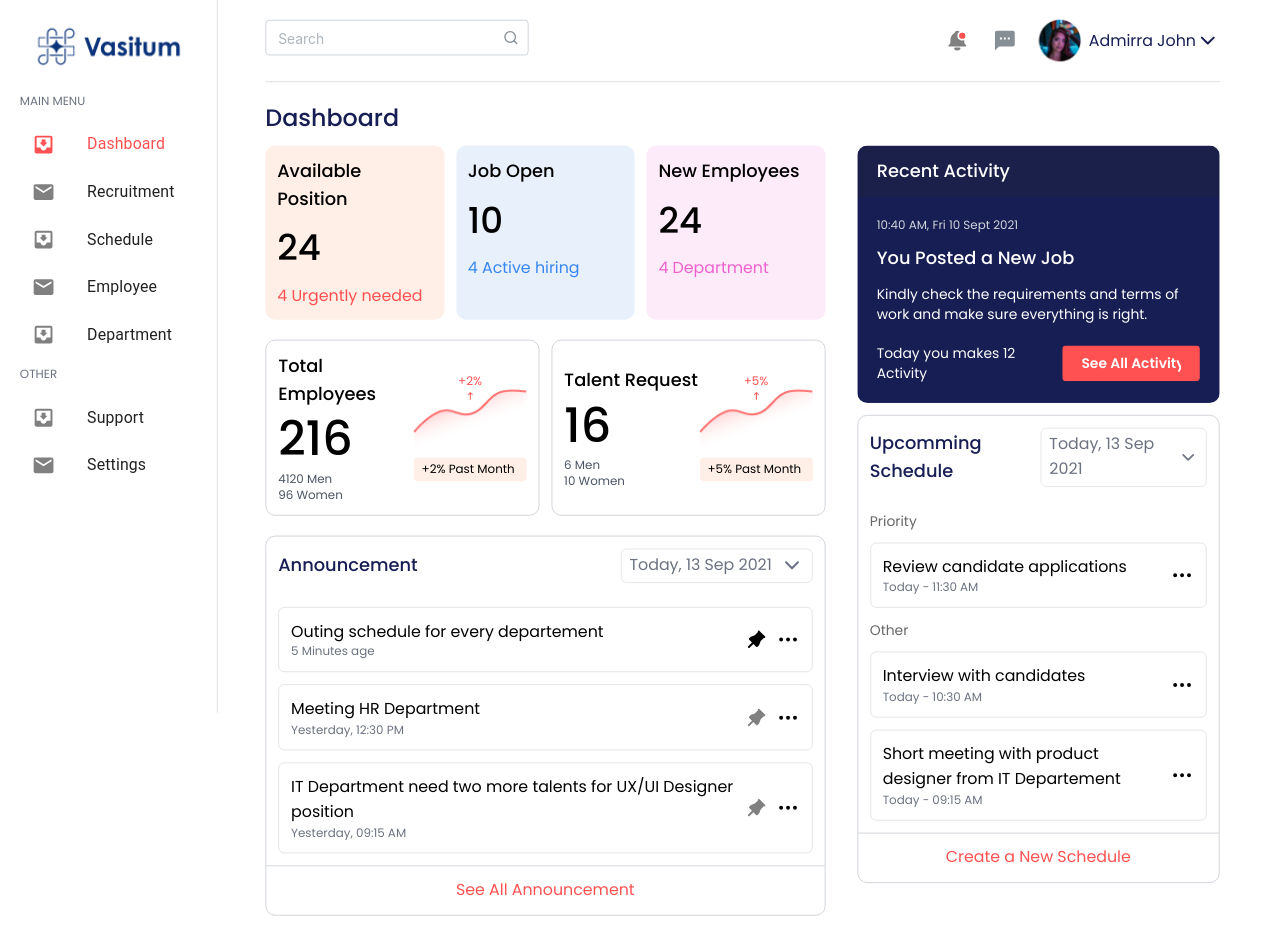
Repository: SatyaDewangan05/sample-dashboard
Page: /
The author's editor kept a copy of each file at every save. The page is drawn from the files as they stood at one save, then again after the next save.
The browser window is 1280 px wide. The pictures show the whole page, at 99% of full size.
The project was rebuilt for these pictures with package versions that can differ from the ones it lists, and the page was loaded fresh each time. The framework's server and built-in components were replaced by stand-ins that run in the browser. Also part of the build but not shown: next.config.mjs.

Above is the page before, as saved 2024-09-22 09:27:42.

### src/app/layout.js
import localFont from "next/font/local";
import "./globals.css";
import { MantineProvider } from "@mantine/core";
import "@mantine/core/styles.css";

const geistSans = localFont({
  src: "./fonts/GeistVF.woff",
  variable: "--font-geist-sans",
  weight: "100 900",
});
const geistMono = localFont({
  src: "./fonts/GeistMonoVF.woff",
  variable: "--font-geist-mono",
  weight: "100 900",
});

import { Poppins } from "next/font/google";
const poppins = Poppins({
  weight: ["400", "500", "600", "700"], // You can choose different weights like '300', '500' etc.
  subsets: ["latin"],
});

export const metadata = {
  title: "Create Next App",
  description: "Generated by create next app",
};

export default function RootLayout({ children }) {
  return (
    <html lang="en">
      <body className={`${poppins.className} antialiased bg-white`}>
        <MantineProvider>{children}</MantineProvider>
      </body>
    </html>
  );
}

### src/app/page.jsx
"use client";

import Image from "next/image";
import MiniDrawer from "./components/Drawer";
import {
  ActionIcon,
  Anchor,
  Avatar,
  Button,
  Divider,
  Indicator,
  TextInput,
  Title,
} from "@mantine/core";
import { Search } from "lucide-react";
import {
  IconBellFilled,
  IconChevronCompactDown,
  IconChevronDown,
  IconDots,
  IconPinFilled,
} from "@tabler/icons-react";
import TextsmsIcon from "@mui/icons-material/Textsms";
import DP from "@/images/dp.png";
import ThreeData from "./components/card/ThreeData";
import DetailChart from "./components/card/DetailChart";
import Event from "./components/card/Event";

export default function Home() {
  return (
    <div className="flex">
      <MiniDrawer />
      <div className="w-full px-12">
        {/* Top Bar */}
        <div className="w-full py-5 flex justify-between">
          <TextInput placeholder="Search" rightSection={<Search size={16} />} />
          <div className="flex items-center gap-5">
            <ActionIcon
              variant="transparent"
              color="gray"
              // c="black"
              aria-label="Settings"
            >
              <Indicator color="#FF5151" offset={7} withBorder>
                <IconBellFilled color="gray" />
              </Indicator>
            </ActionIcon>
            <ActionIcon
              variant="transparent"
              color="gray"
              // c="black"
              aria-label="Settings"
            >
              <TextsmsIcon color="gray" />
            </ActionIcon>
            <div className="flex gap-2 items-center">
              <Image src={DP} />
              <Anchor
                href="https://mantine.dev/"
                target="_blank"
                underline="never"
                c="#161E54"
              >
                <div className="flex items-center">
                  Admirra John
                  <IconChevronDown />
                </div>
              </Anchor>
            </div>
          </div>
        </div>

        <Divider />

        <div className="w-full py-5">
          <p className="text-2xl font-medium text-[#161E54]">Dashboard</p>
          <div className="py-3 grid grid-cols-5 gap-8">
            {/* Left Section */}
            <div className="col-span-3 flex flex-col gap-5">
              <div className="grid grid-cols-3 gap-3">
                <ThreeData
                  heading="Available Position"
                  figure={24}
                  text="4 Urgently needed"
                  bgColor="#FFEFE7"
                  textColor="#FF5151"
                />
                <ThreeData
                  heading="Job Open"
                  figure={10}
                  text="4 Active hiring"
                  bgColor="#E8F0FB"
                  textColor="#3786F1"
                />
                <ThreeData
                  heading="New Employees"
                  figure={24}
                  text="4 Department"
                  bgColor="#FDEBF9"
                  textColor="#EE61CF"
                />
              </div>
              <div className="grid grid-cols-2 gap-3">
                <DetailChart
                  heading="Total Employees"
                  figure={216}
                  texts={["4120 Men", "96 Women"]}
                  variation="+2%"
                />
                <DetailChart
                  heading="Talent Request"
                  figure={16}
                  texts={["6 Men", "10 Women"]}
                  variation="+5%"
                />
              </div>

              {/* Announcement */}
              <div className="rounded-[10px] border border-gray-300">
                <div className="p-3 flex justify-between items-center">
                  <p className="text-lg font-medium text-[#161E54]">
                    Announcement
                  </p>
                  <div className="px-2 py-1 rounded-md border border-gray-200 flex items-center gap-2 text-gray-500">
                    <p>Today, 13 Sep 2021</p>
                    <IconChevronDown />
                  </div>
                </div>
                <div className="p-3 flex flex-col gap-3">
                  <Event
                    text="Outing schedule for every departement"
                    lastUpdate="5 Minutes age"
                    pin={true}
                    prePinned={true}
                  />
                  <Event
                    text="Meeting HR Department"
                    lastUpdate="Yesterday, 12:30 PM"
                    pin={true}
                  />
                  <Event
                    text="IT Department need two more talents for UX/UI Designer position"
                    lastUpdate="Yesterday, 09:15 AM"
                    pin={true}
                  />
                </div>
                <Divider color="#d1d5db" />
                <div className="p-3 text-[#FF5151] text-center hover:text-opacity-60 hover:cursor-pointer">
                  {" "}
                  See All Announcement
                </div>
              </div>
            </div>

            {/* Right Section */}
            <div className="col-span-2 flex flex-col gap-3">
              <div className="rounded-[10px] overflow-hidden text-white">
                <p className="px-5 py-3 text-lg font-medium bg-[#1B204A]">
                  Recent Activity
                </p>
                <div className="p-5 bg-[#161E54]">
                  <p className="text-xs text-gray-300">
                    10:40 AM, Fri 10 Sept 2021
                  </p>
                  <p className="mt-3 text-lg font-medium">
                    You Posted a New Job
                  </p>
                  <p className="mt-3 text-sm">
                    Kindly check the requirements and terms of work and make
                    sure everything is right.
                  </p>
                  <div className="mt-5 flex justify-between items-center">
                    <p className="text-sm">Today you makes 12 Activity</p>
                    <Button color="#FF5151" c="white">
                      See All Activity
                    </Button>
                  </div>
                </div>
              </div>
              <div className="rounded-[10px] border border-gray-300">
                <div className="p-3 flex justify-between items-center">
                  <p className="text-lg font-medium text-[#161E54]">
                    Upcomming Schedule
                  </p>
                  <div className="px-2 py-1 rounded-md border border-gray-200 flex items-center gap-2 text-gray-500">
                    <p>Today, 13 Sep 2021</p>
                    <IconChevronDown />
                  </div>
                </div>
                <div className="p-3 flex flex-col gap-3">
                  <p className="text-sm text-[#686868]">Priority</p>
                  <Event
                    text="Review candidate applications"
                    lastUpdate="Today - 11:30 AM"
                  />
                  <p className="text-sm text-[#686868]">Other</p>
                  <Event
                    text="Interview with candidates"
                    lastUpdate="Today - 10:30 AM"
                  />
                  <Event
                    text="Short meeting with product designer from IT Departement"
                    lastUpdate="Today - 09:15 AM"
                  />
                </div>
                <Divider color="#d1d5db" />
                <div className="p-3 text-[#FF5151] text-center hover:text-opacity-60 hover:cursor-pointer">
                  {" "}
                  Create a New Schedule
                </div>
              </div>
            </div>
          </div>
        </div>
      </div>
    </div>
  );
}

### src/app/globals.css
@tailwind base;
@tailwind components;
@tailwind utilities;

:root {
  --background: #ffffff;
  --foreground: #171717;
}

/* @media (prefers-color-scheme: dark) {
  :root {
    --background: #0a0a0a;
    --foreground: #ededed;
  }
} */

body {
  color: var(--foreground);
  background: var(--background);
  font-family: Arial, Helvetica, sans-serif;
}

@layer utilities {
  .text-balance {
    text-wrap: balance;
  }
}

@layer base {
  :root {
    --background: 0 0% 100%;
    --foreground: 0 0% 3.9%;
    --card: 0 0% 100%;
    --card-foreground: 0 0% 3.9%;
    --popover: 0 0% 100%;
    --popover-foreground: 0 0% 3.9%;
    --primary: 0 0% 9%;
    --primary-foreground: 0 0% 98%;
    --secondary: 0 0% 96.1%;
    --secondary-foreground: 0 0% 9%;
    --muted: 0 0% 96.1%;
    --muted-foreground: 0 0% 45.1%;
    --accent: 0 0% 96.1%;
    --accent-foreground: 0 0% 9%;
    --destructive: 0 84.2% 60.2%;
    --destructive-foreground: 0 0% 98%;
    --border: 0 0% 89.8%;
    --input: 0 0% 89.8%;
    --ring: 0 0% 3.9%;
    --chart-1: 12 76% 61%;
    --chart-2: 173 58% 39%;
    --chart-3: 197 37% 24%;
    --chart-4: 43 74% 66%;
    --chart-5: 27 87% 67%;
    --radius: 0.5rem;
  }
  .dark {
    --background: 0 0% 3.9%;
    --foreground: 0 0% 98%;
    --card: 0 0% 3.9%;
    --card-foreground: 0 0% 98%;
    --popover: 0 0% 3.9%;
    --popover-foreground: 0 0% 98%;
    --primary: 0 0% 98%;
    --primary-foreground: 0 0% 9%;
    --secondary: 0 0% 14.9%;
    --secondary-foreground: 0 0% 98%;
    --muted: 0 0% 14.9%;
    --muted-foreground: 0 0% 63.9%;
    --accent: 0 0% 14.9%;
    --accent-foreground: 0 0% 98%;
    --destructive: 0 62.8% 30.6%;
    --destructive-foreground: 0 0% 98%;
    --border: 0 0% 14.9%;
    --input: 0 0% 14.9%;
    --ring: 0 0% 83.1%;
    --chart-1: 220 70% 50%;
    --chart-2: 160 60% 45%;
    --chart-3: 30 80% 55%;
    --chart-4: 280 65% 60%;
    --chart-5: 340 75% 55%;
  }
}

@layer base {
  * {
    @apply border-border;
  }
  body {
    @apply bg-background text-foreground;
  }
}

### src/app/components/Drawer.jsx
"use client";

import { styled } from "@mui/material/styles";
import MuiDrawer from "@mui/material/Drawer";
import List from "@mui/material/List";
import IconButton from "@mui/material/IconButton";
import MenuIcon from "@mui/icons-material/Menu";

import ListItem from "@mui/material/ListItem";
import ListItemButton from "@mui/material/ListItemButton";
import ListItemIcon from "@mui/material/ListItemIcon";
import ListItemText from "@mui/material/ListItemText";
import InboxIcon from "@mui/icons-material/MoveToInbox";
import MailIcon from "@mui/icons-material/Mail";
import { useState } from "react";
import Image from "next/image";

import Logo from "@/images/logo.svg";
import LogoWithName from "@/images/logo_with_name.png";

const drawerWidth = 220;

const openedMixin = (theme) => ({
  width: drawerWidth,
  transition: theme.transitions.create("width", {
    easing: theme.transitions.easing.sharp,
    duration: theme.transitions.duration.enteringScreen,
  }),
  overflowX: "hidden",
});

const closedMixin = (theme) => ({
  transition: theme.transitions.create("width", {
    easing: theme.transitions.easing.sharp,
    duration: theme.transitions.duration.leavingScreen,
  }),
  overflowX: "hidden",
  width: "80px",
  [theme.breakpoints.up("sm")]: {
    width: "80px",
  },
});

const DrawerHeader = styled("div")(({ theme }) => ({
  display: "flex",
  alignItems: "center",
  justifyContent: "center",
  padding: "20px",
  // necessary for content to be below app bar
  ...theme.mixins.toolbar,
}));

const Drawer = styled(MuiDrawer, {
  shouldForwardProp: (prop) => prop !== "open",
})(({ theme }) => ({
  width: drawerWidth,
  flexShrink: 0,
  whiteSpace: "nowrap",
  boxSizing: "border-box",
  variants: [
    {
      props: ({ open }) => open,
      style: {
        ...openedMixin(theme),
        "& .MuiDrawer-paper": openedMixin(theme),
      },
    },
    {
      props: ({ open }) => !open,
      style: {
        ...closedMixin(theme),
        "& .MuiDrawer-paper": closedMixin(theme),
      },
    },
  ],
}));

export default function MiniDrawer() {
  const [open, setOpen] = useState(true);

  const [active, setActive] = useState("Dashboard");

  return (
    <Drawer variant="permanent" open={open}>
      <DrawerHeader>
        <IconButton onClick={() => setOpen((prevState) => !prevState)}>
          {open ? (
            <Image src={LogoWithName} alt="Images" />
          ) : (
            <Image className="mx-auto" src={Logo} alt="Images" />
          )}
        </IconButton>
      </DrawerHeader>
      <p
        className={`h-5 uppercase text-xs  text-gray-500 ${
          open ? "pl-5" : "text-center"
        }`}
      >
        Main Menu
      </p>
      <List>
        {["Dashboard", "Recruitment", "Schedule", "Employee", "Department"].map(
          (text, index) => (
            <ListItem key={text} disablePadding sx={{ display: "block" }}>
              <ListItemButton
                sx={[
                  {
                    minHeight: 48,
                    px: 2,
                    color: active === text ? "#FF5151" : "unset",
                  },
                  open
                    ? {
                        justifyContent: "initial",
                      }
                    : {
                        justifyContent: "center",
                      },
                ]}
                onClick={() => setActive(text)}
              >
                <ListItemIcon
                  sx={[
                    {
                      //   minWidth: 0,
                      justifyContent: "center",
                      color: active === text ? "#FF5151" : "gray",
                    },
                    open
                      ? {
                          mr: 2,
                        }
                      : {
                          mx: "auto",
                        },
                  ]}
                >
                  {index % 2 === 0 ? <InboxIcon /> : <MailIcon />}
                </ListItemIcon>
                <ListItemText
                  primary={text}
                  sx={[
                    open
                      ? {
                          opacity: 1,
                        }
                      : {
                          opacity: 0,
                        },
                  ]}
                />
              </ListItemButton>
            </ListItem>
          )
        )}
      </List>
      <p
        className={`h-5 uppercase text-xs text-gray-500 ${
          open ? " pl-5" : "text-center"
        }`}
      >
        Other
      </p>
      <List>
        {["Support", "Settings"].map((text, index) => (
          <ListItem key={text} disablePadding sx={{ display: "block" }}>
            <ListItemButton
              sx={[
                {
                  minHeight: 48,
                  px: 2,
                },
                open
                  ? {
                      justifyContent: "initial",
                    }
                  : {
                      justifyContent: "center",
                    },
              ]}
              onClick={() => setActive(text)}
            >
              <ListItemIcon
                sx={[
                  {
                    justifyContent: "center",
                    color: active === text ? "#FF5151" : "gray",
                  },
                  open
                    ? {
                        mr: 2,
                      }
                    : {
                        mx: "auto",
                      },
                ]}
              >
                {index % 2 === 0 ? <InboxIcon /> : <MailIcon />}
              </ListItemIcon>
              <ListItemText
                primary={text}
                sx={[
                  open
                    ? {
                        opacity: 1,
                      }
                    : {
                        opacity: 0,
                      },
                ]}
              />
            </ListItemButton>
          </ListItem>
        ))}
      </List>
    </Drawer>
  );
}

### src/app/components/card/ThreeData.jsx
const ThreeData = ({ heading, figure, text, bgColor, textColor }) => {
  return (
    <div
      className="p-3 rounded-[10px] flex flex-col gap-2"
      style={{ backgroundColor: bgColor ? bgColor : "gray" }}
    >
      <p className="text-lg font-medium">{heading}</p>
      <p className="text-[36px] font-medium">{figure}</p>
      <p
        className="text-base"
        style={{ color: textColor ? textColor : "white" }}
      >
        {text}
      </p>
    </div>
  );
};

export default ThreeData;

### src/app/components/card/DetailChart.jsx
import Image from "next/image";
import Graph from "@/images/graph.png";
import GraphLine from "@/images/graph-line.png";
import UpArrow from "@/images/up-arrow.png";

const DetailChart = ({ heading, figure, texts, variation }) => {
  return (
    <div className="p-3 rounded-[10px] border border-gray-300 flex justify-between items-center">
      <div className="flex flex-col gap-2">
        <p className="text-lg font-medium">{heading}</p>
        <p className="text-5xl font-medium">{figure}</p>
        <div>
          {Array.isArray(texts)
            ? texts.map((text, index) => (
                <p key={index} className="text-xs text-gray-600">
                  {text}
                </p>
              ))
            : null}
        </div>
      </div>
      <div className="flex flex-col justify-center">
        <div className="flex flex-col  items-center">
          <p className="text-xs text-[#FF5151] text-center">{variation}</p>
          <div className="h-[69px] w-[114px] relative">
            <Image
              src={UpArrow}
              className="absolute -top-[2px] left-1/2 -translate-x-1/2 z-30"
            />
            <Image src={GraphLine} className="absolute top-0 z-30" />
            <Image src={Graph} className="absolute top-0 z-30" />
          </div>
        </div>
        <div className="px-2 py-1 text-xs rounded bg-[#FFEFE7]">
          {variation} Past Month
        </div>
      </div>
    </div>
  );
};

export default DetailChart;

### src/app/components/card/Event.jsx
import { IconDots, IconPinFilled } from "@tabler/icons-react";
import { useState } from "react";

const Event = ({ text, lastUpdate, pin, prePinned }) => {
  const [pinned, setPinned] = useState(prePinned ? true : false);
  return (
    <div className="w-full p-3 rounded-md border flex justify-between items-center">
      <div>
        <p>{text}</p>
        <p className="text-xs text-gray-500">{lastUpdate}</p>
      </div>
      <div className="flex gap-2 items-center">
        {pin ? (
          <IconPinFilled
            color={pinned ? "unset" : "gray"}
            className="hover:cursor-pointer"
            onClick={() => setPinned((prevState) => !prevState)}
          />
        ) : null}
        <IconDots />
      </div>
    </div>
  );
};

export default Event;

Loaded but not shown: tailwind.config.js (common file)

After the next save:
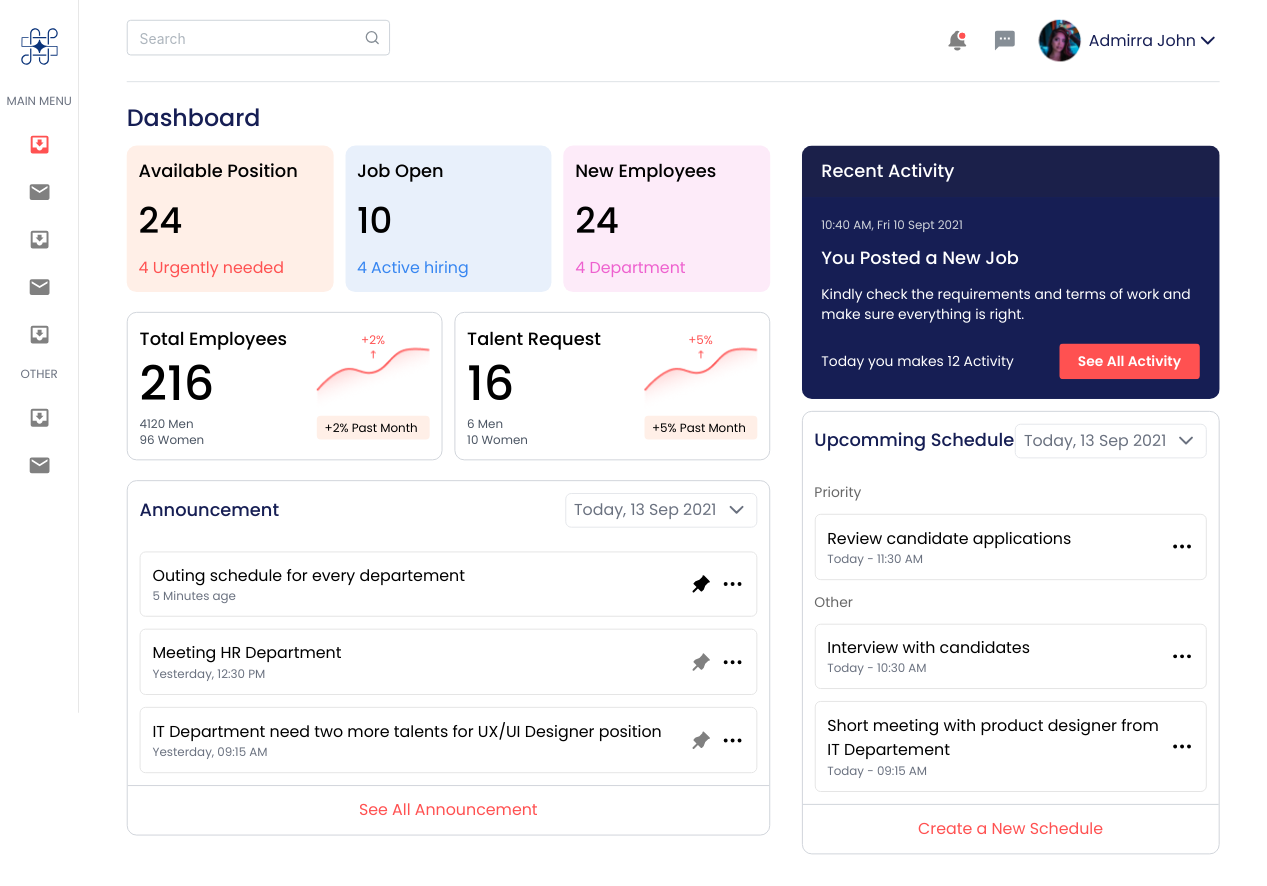
Saved 111 s later.
--- a/src/app/components/Drawer.jsx
+++ b/src/app/components/Drawer.jsx
@@ -76,7 +76,7 @@ const Drawer = styled(MuiDrawer, {
 }));
 
 export default function MiniDrawer() {
-  const [open, setOpen] = useState(true);
+  const [open, setOpen] = useState(false);
 
   const [active, setActive] = useState("Dashboard");
 
